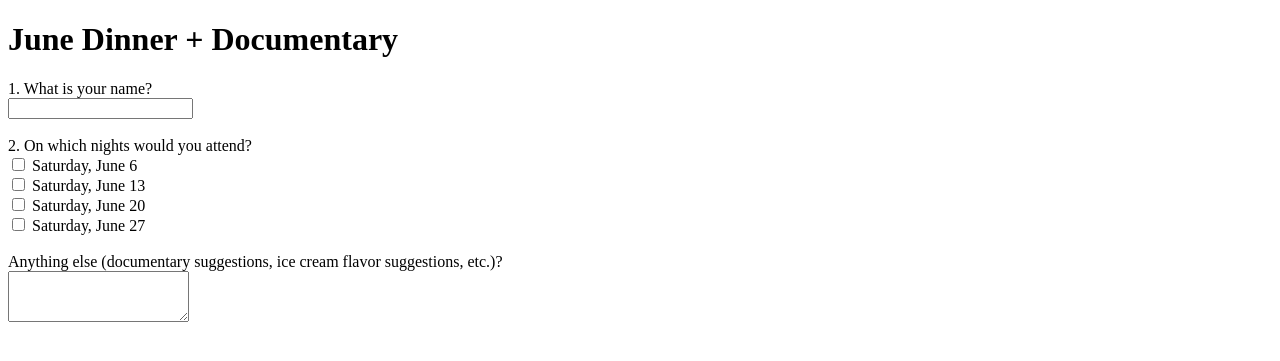
Repository: bhuhmann/event-survey
Page: survey.html
An editor plug-in stored every save of this project. The page is shown before and after the next save, followed by the edit.
The browser window is 1280 px wide. The pictures show the whole page.

Above is the page before, as saved 2020-03-31 19:14:42.

After the next save:
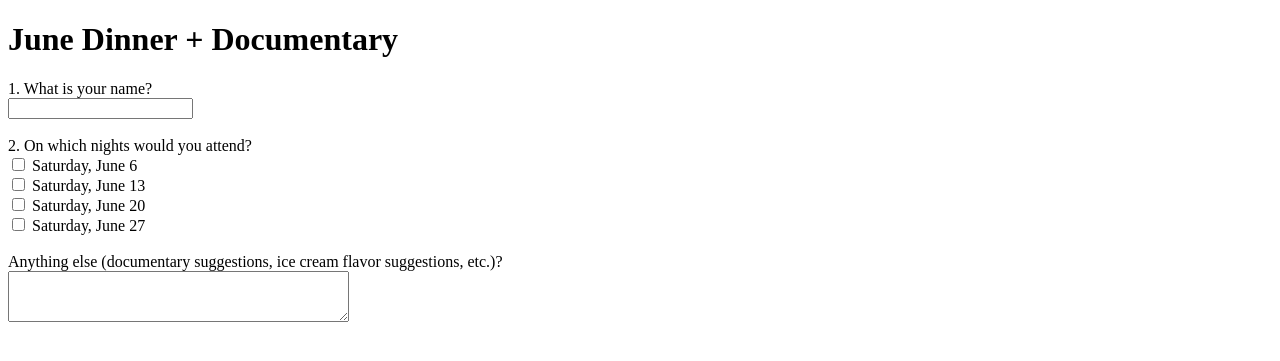
Saved 8 s later.
--- a/survey.html
+++ b/survey.html
@@ -37,7 +37,7 @@
             <br>
             <label for="anything">Anything else (documentary suggestions, ice cream flavor suggestions, etc.)?</label>
             <br>
-            <textarea for="anything" type="textarea" name="free-response" rows=3 cols=20></textarea>
+            <textarea for="anything" type="textarea" name="free-response" rows=3 cols=40></textarea>
             <!--Submission button-->
         </form>
     </body>
